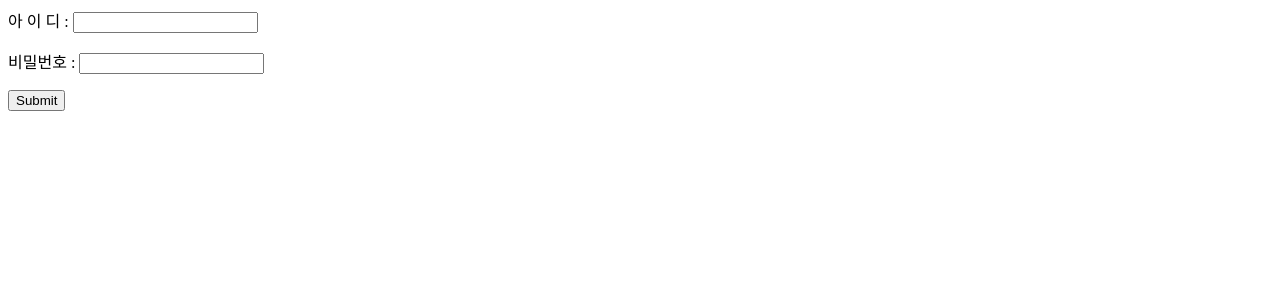
Repository: seonyoungan/ssu-computer
Page: http://localhost/JSBook/chap05/request01.jsp
These files come from the project's save history. The page is drawn as it stood at one moment and after the next save; the edit follows.
The browser window is 1280 px wide. The pictures show the whole page.
The page is served by Tomcat 9. Other server files are loaded and not shown.

Above is the page before, as saved 2023-10-02 05:25:03.

### web-programming/JSBook/WebContent/chap05/request01.jsp
<%@ page contentType="text/html; charset=utf-8" %>
<html>
<head>
<title>Implicit Object</title>
</head>
<body>
	<form action="request01_process.jsp" method="post">
	<p> 아 이 디 : <input type="text" name="id">
	<p> 비밀번호 : <input type="text" name="passwd">
	<p> <input type="submit" value"전송" />

	</form>
</body>

</html>

After the next save:
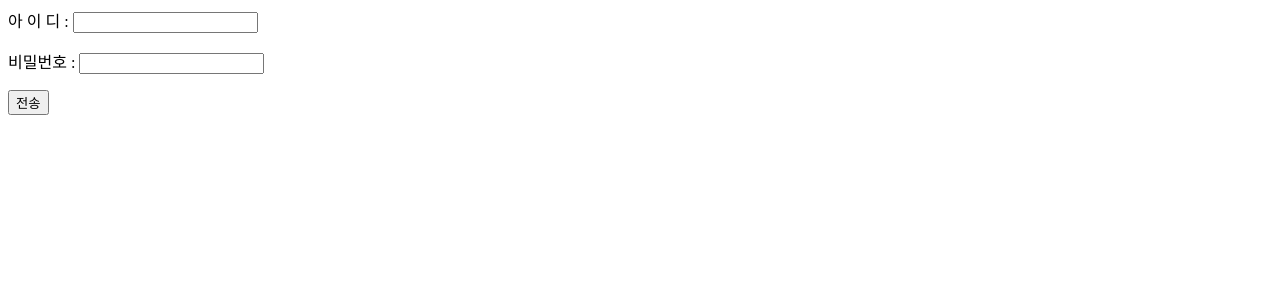
Saved 3 min 47 s later.
--- a/web-programming/JSBook/WebContent/chap05/request01.jsp
+++ b/web-programming/JSBook/WebContent/chap05/request01.jsp
@@ -7,7 +7,7 @@
 	<form action="request01_process.jsp" method="post">
 	<p> 아 이 디 : <input type="text" name="id">
 	<p> 비밀번호 : <input type="text" name="passwd">
-	<p> <input type="submit" value"전송" />
+	<p> <input type="submit" value="전송" />
 
 	</form>
 </body>
